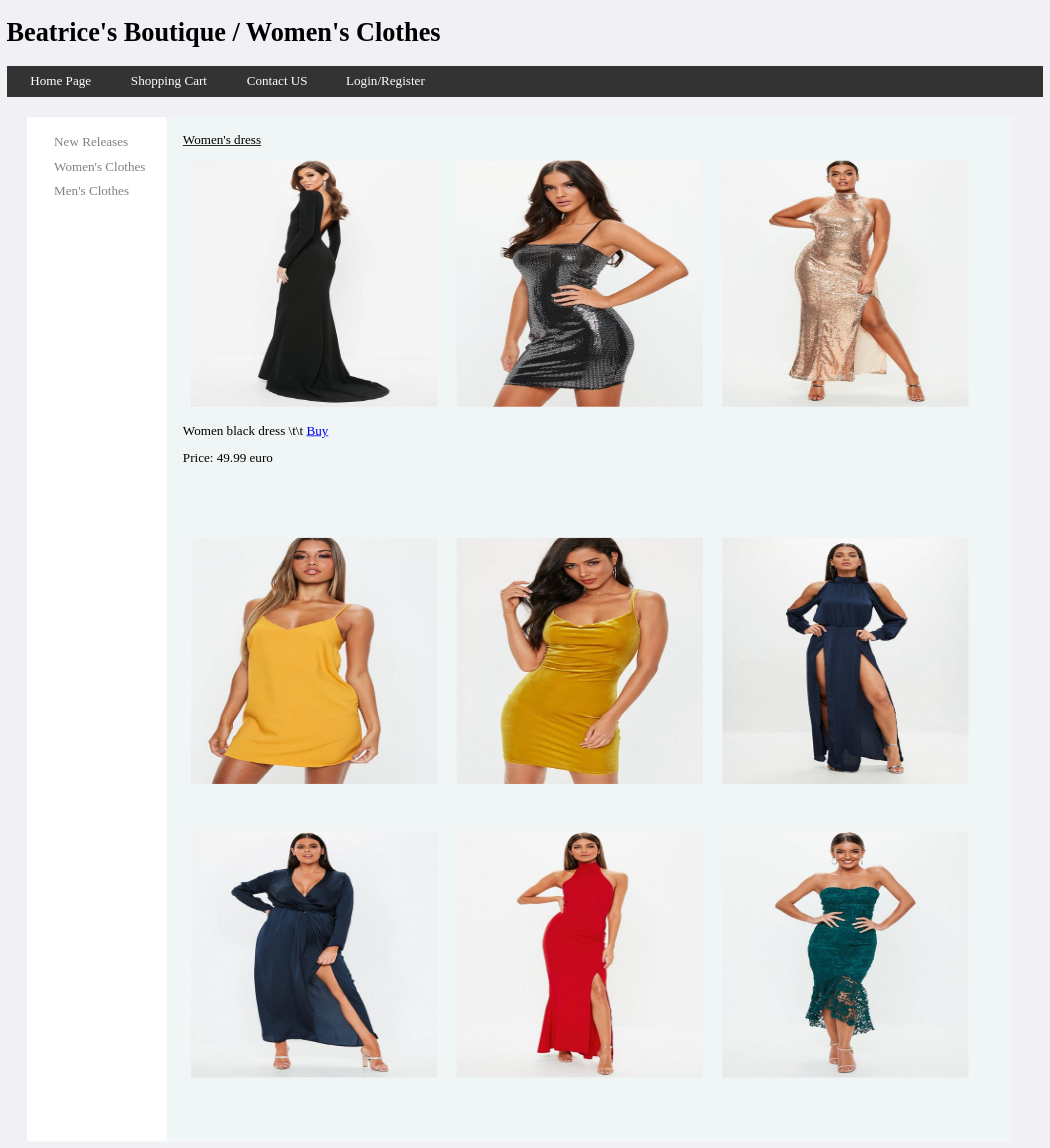
Repository: IosifDobos/Beatrice-Boutique
Page: BeatriceBoutique/Java/WorkSpace/BeatriceBoutique/WebContent/womensClothes.html
The author's editor kept a copy of each file at every save. The page is drawn from the files as they stood at one save, then again after the next save.
The browser window is 1280 px wide. The pictures show the whole page, at 82% of full size.

Above is the page before, as saved 2018-12-04 17:29:13.

### BeatriceBoutique/Java/WorkSpace/BeatriceBoutique/WebContent/womensClothes.html
<!DOCTYPE html >
<html>
<head>
<meta http-equiv="Content-Type" content="text/html; charset=ISO-8859-1">
<link rel="stylesheet" type="text/css" href="styleSheet.css">
<title>Women's Clothes</title>
</head>
<body>

	<h1>Beatrice's Boutique / Women's Clothes</h1>

	<ul>
		<li><a href="homePage.html">Home Page</a></li>
		<li><a href="shoppingCart.html">Shopping Cart</a></li>
		<li><a href="contact.html">Contact US</a></li>
		<li><a href="login.html">Login/Register</a></li>
	</ul>


	<div class = "container">
		<!-- left side of the container where menu is displayed -->
		<div id="sidemenu">
			<a href="#">New Releases</a>
			<a href="womensClothes.html">Women's Clothes</a>
			<a href="#">Men's Clothes</a>
		</div>
		<!-- right side of the container -->
		<div id="right-side">
			<p><u>Women's dress</u></p>

			<img alt="dress" src="womens-img/black-open-back-maxi-dress.jpg" width="300" height="300" style="margin-left: 10px;">

			<img alt="dress1" src="womens-img/black-sewn-through-disc-bodycon-mini-dress.jpg" width="300" height="300" style="margin-left: 20px;">

			<img alt="dress2" src="womens-img/gold-sequin-choker-maxi-dress.jpg" width="300" height="300" style="margin-left: 20px;">
			<div id="product-1">
				<p>Women black dress \t\t <a href="#">Buy</a> </p>
				<p>Price: 49.99 euro</p>
			</div>
			<br><br><br><br>
			<img alt="dress3" src="womens-img/mustard-cami-shift-dress.jpg" width="300" height="300" style="margin-left: 10px;">

			<img alt="dress4" src="womens-img/mustard-velvet-cowl-mini-dress.jpg" width="300" height="300" style="margin-left: 20px;">

			<img alt="dress5" src="womens-img/navy-split-front-maxi-dress.jpg" width="300" height="300" style="margin-left: 20px;">

			<br><br><br><br>
			<img alt="dress6" src="womens-img/plus-size-navy-wrap-front-knot-dress.jpg" width="300" height="300" style="margin-left: 10px;">

			<img alt="dress7" src="womens-img/red-choker-maxi-dress.jpg" width="300" height="300" style="margin-left: 20px;">

			<img alt="dress8" src="womens-img/teal-lace-bandeau-bust-cup-midi-dress.jpg" width="300" height="300" style="margin-left: 20px;">

			<br><br><br><br>
		</div>

	</div>

</body>
</html>

### BeatriceBoutique/Java/WorkSpace/BeatriceBoutique/WebContent/styleSheet.css
@charset "UTF-8";

body{
	background-color: #f0f0f5;
}

ul {
	position: -webkit-sticky;
	position: sticky;
    list-style-type: none;
    top: 0;
    margin: 0;
    padding: 0;
    overflow: hidden;
    background-color: #333;
}

li{
	float: left;
}

li a{
	display: block;
	color: white;
	text-align: center;
	padding: 10px 16px;
	text-decoration: none;
	width: 100px;

}

li a:hover {
    background-color: #555;
    color: white;
}

.active {
    background-color: #4CAF50;
    color: white;
}

.container{
	margin-top: 25px;
	margin-left: 25px;
	margin-right: 25px;
	background-color:  white;
	min-height: 400px;
	width: 95%;
}

/*#container:after{
	content: "";
	display: table;
	clear: both;
} */



#sidemenu {
    min-height: 100px;; /* Full-height: remove this if you want "auto" height */
    width: 150px;; /* Set the width of the sidebar */
    position: fixed; /* Fixed Sidebar (stay in place on scroll) */
    z-index: 1; /* Stay on top */
    top: 150px; /* Stay at the top */
    left: 50px;
    background-color: ; /* Black */
    overflow-x: hidden; /* Disable horizontal scroll */
    padding: 8px 0;
}

#sidemenu a {
    padding: 6px 8px 6px 16px;
    text-decoration: none;
    font-size: 16px;
    color: #818181;
    display: block;
}

/* When you mouse over the navigation links, change their color */
#sidemenu a:hover {
    color: #679898;
}

/* Style page content */
#right-side {
    margin-left: 170px; /* Same as the width of the sidebar */
    padding: 3px 5px 20px 20px;
    background-color: #f0f5f5;
    min-height: 300px;
}


/* #right-side{
	float: right;
	margin-right: 20px;
	width: 60%;
} */






/* Responsive layout - when the screen is less than 600px wide, make the two columns stack on top of each other instead of next to each other */
@media screen and (max-width: 600px) {
    .col-25, .col-75, input[type=submit] {
        width: 100%;
        margin-top: 0;
    }
}

@media screen and (max-height: 450px) {
    #sidemenu {padding-top: 15px;}
    #sidemenu a {font-size: 18px;}
}

After the next save:
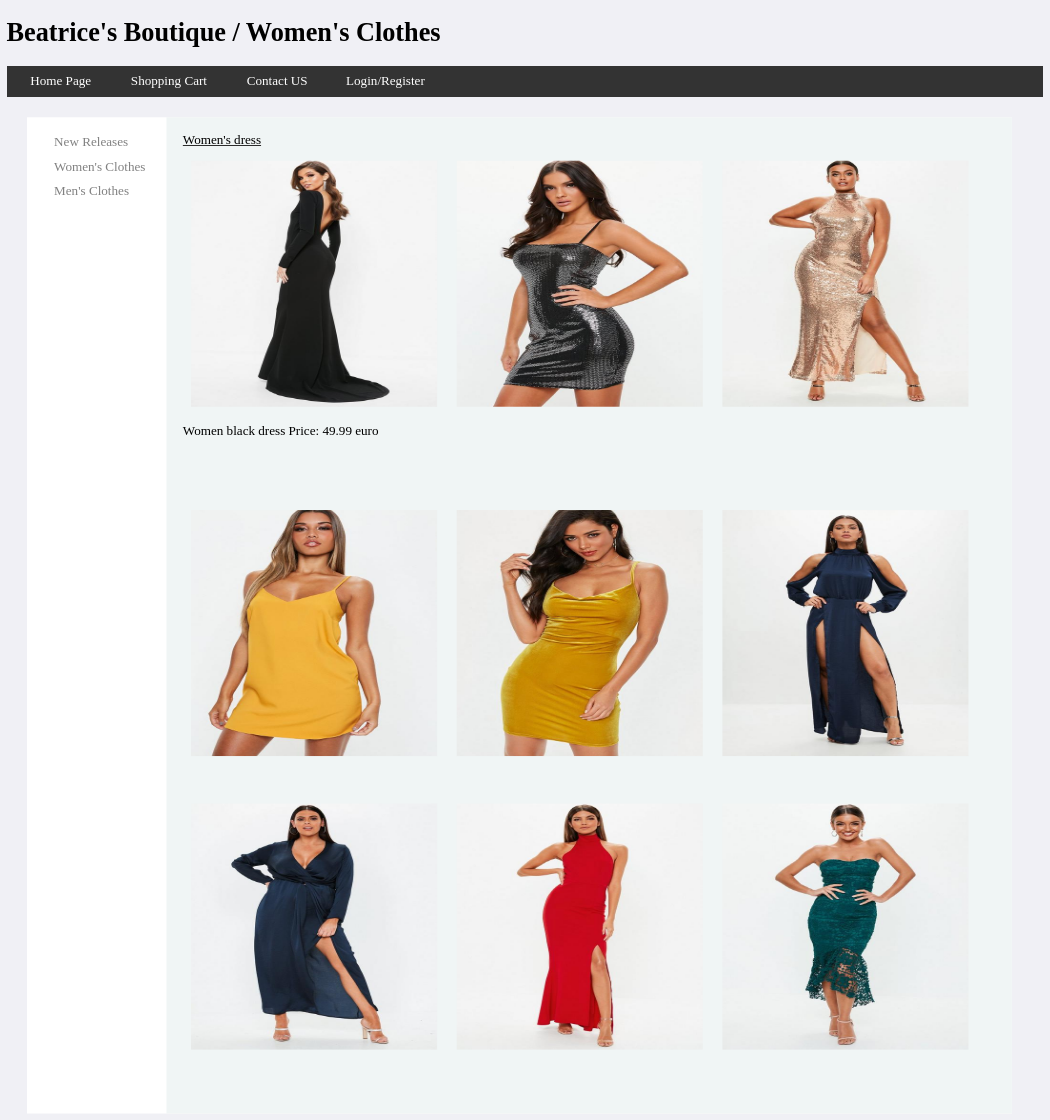
Saved 7 min 2 s later.
--- a/BeatriceBoutique/Java/WorkSpace/BeatriceBoutique/WebContent/womensClothes.html
+++ b/BeatriceBoutique/Java/WorkSpace/BeatriceBoutique/WebContent/womensClothes.html
@@ -34,8 +34,7 @@
 
 			<img alt="dress2" src="womens-img/gold-sequin-choker-maxi-dress.jpg" width="300" height="300" style="margin-left: 20px;">
 			<div id="product-1">
-				<p>Women black dress \t\t <a href="#">Buy</a> </p>
-				<p>Price: 49.99 euro</p>
+				<p>Women black dress       Price: 49.99 euro</p>
 			</div>
 			<br><br><br><br>
 			<img alt="dress3" src="womens-img/mustard-cami-shift-dress.jpg" width="300" height="300" style="margin-left: 10px;">
